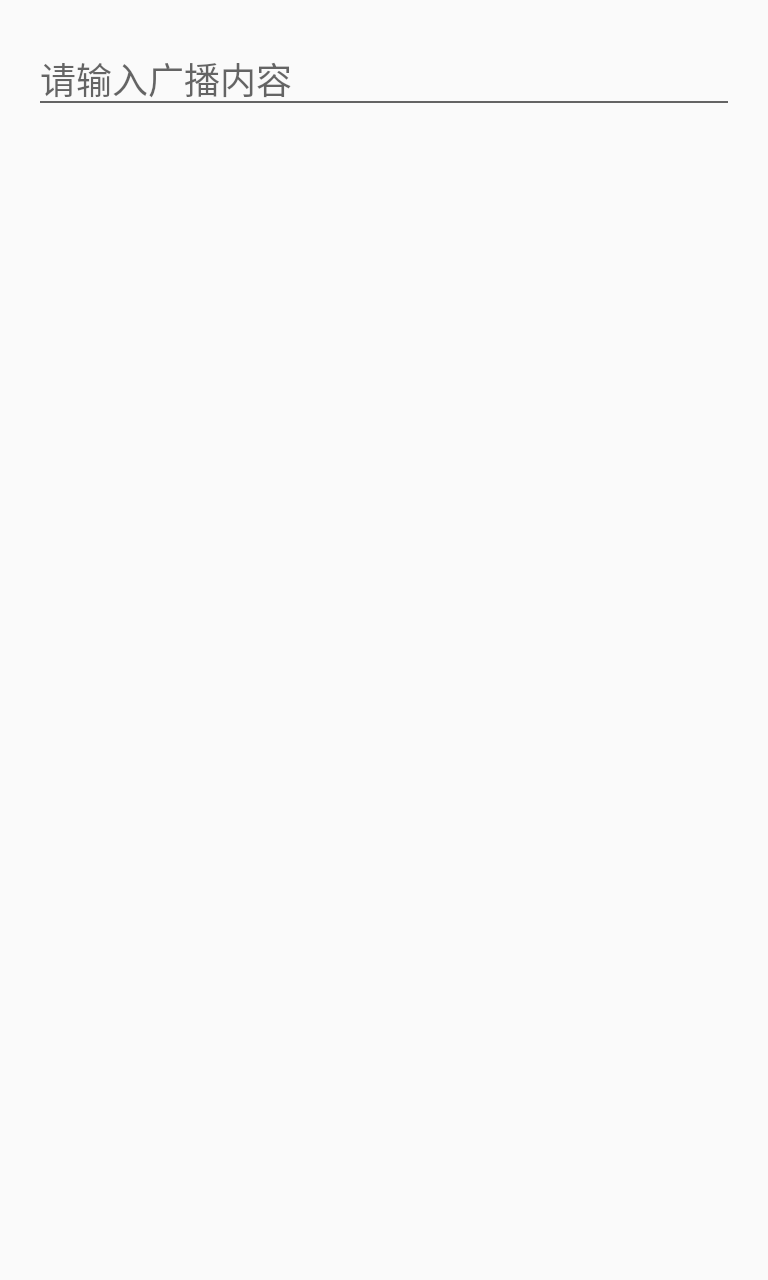
Repository: fantasyxc/Android
Layout: BroadcastReceiver/res/layout/activity_main.xml
An editor plug-in stored every save of this project. The layout is shown before and after the next save, followed by the edit.
It is drawn on a 768 x 1280 px phone screen (xhdpi) without system bars, with theme AppTheme; the app's code is not run.

Above is the layout before, as saved 2014-12-11 03:06:13.

After the next save:
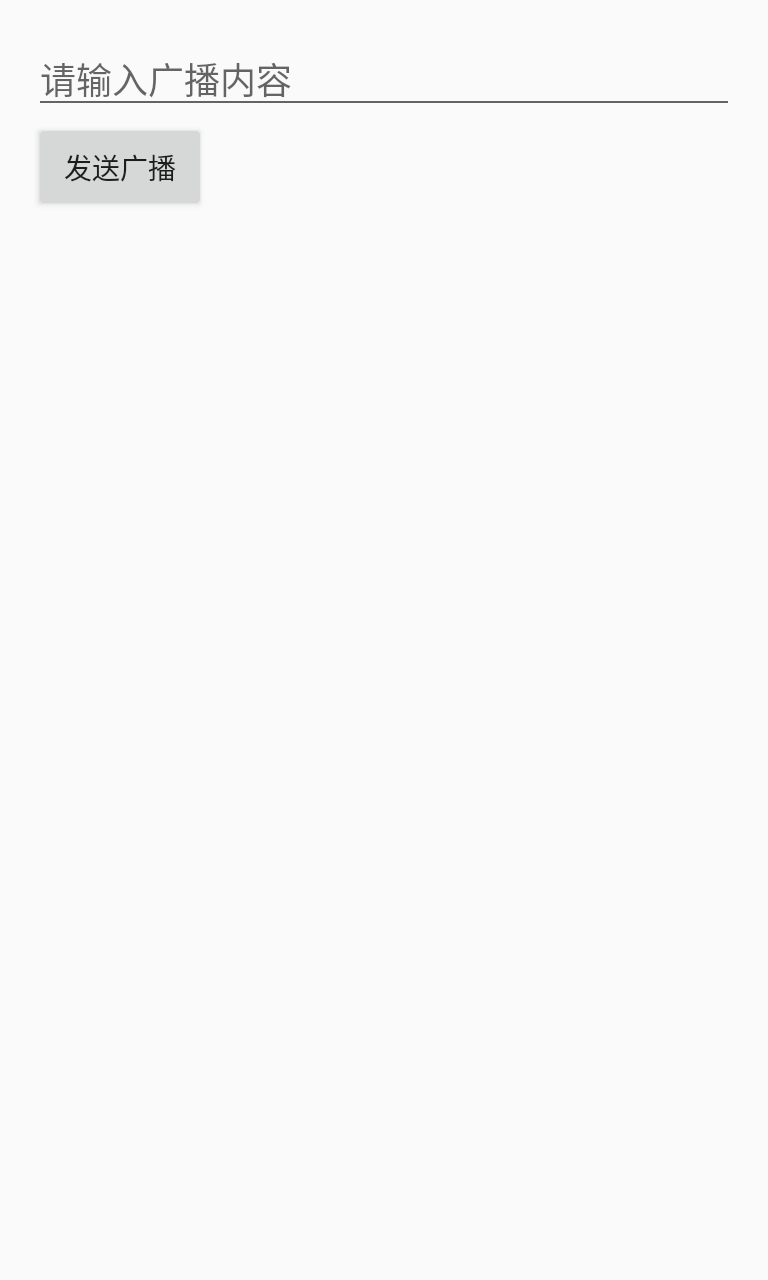
Saved 78 s later.
--- a/BroadcastReceiver/res/layout/activity_main.xml
+++ b/BroadcastReceiver/res/layout/activity_main.xml
@@ -15,5 +15,10 @@
         android:layout_width="fill_parent"
         android:layout_height="wrap_content"
         android:hint="请输入广播内容"/>
+    <Button
+        android:id="@+id/bt_sendBroadcast"
+        android:layout_width="wrap_content"
+        android:layout_height="wrap_content"
+        android:text="发送广播"/>
 
 </LinearLayout>
